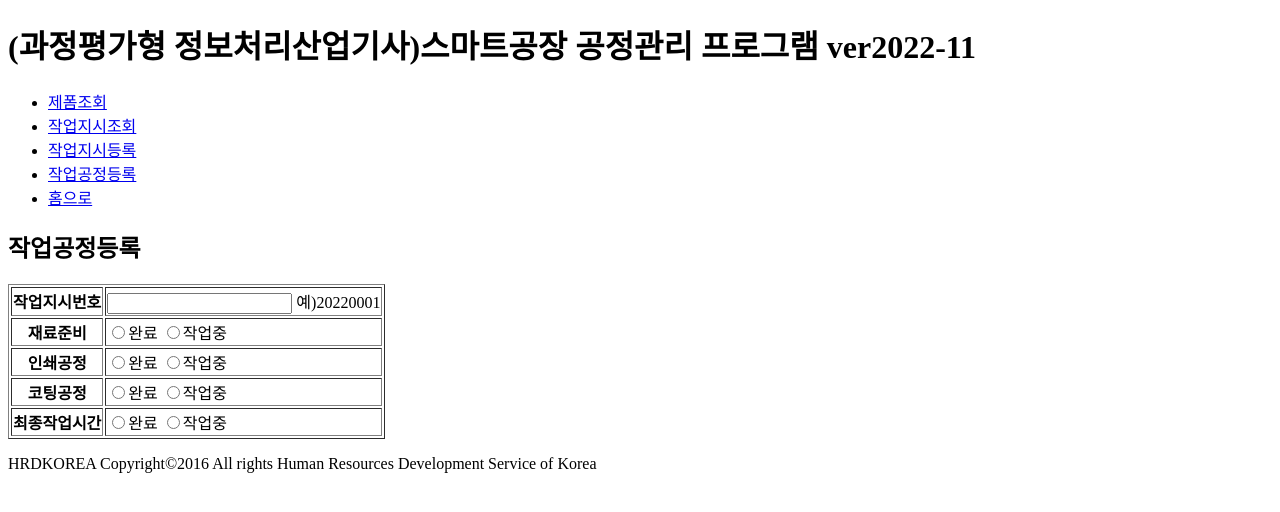
Repository: anakyn01/exam
Page: http://localhost/smart_5/sub3.jsp
These files come from the project's save history. The page is drawn as it stood at one moment and after the next save; the edit follows.
The browser window is 1280 px wide. The pictures show the whole page.
The page is served by Tomcat 9.

Above is the page before, as saved 2025-01-06 07:11:37.

After the next save:
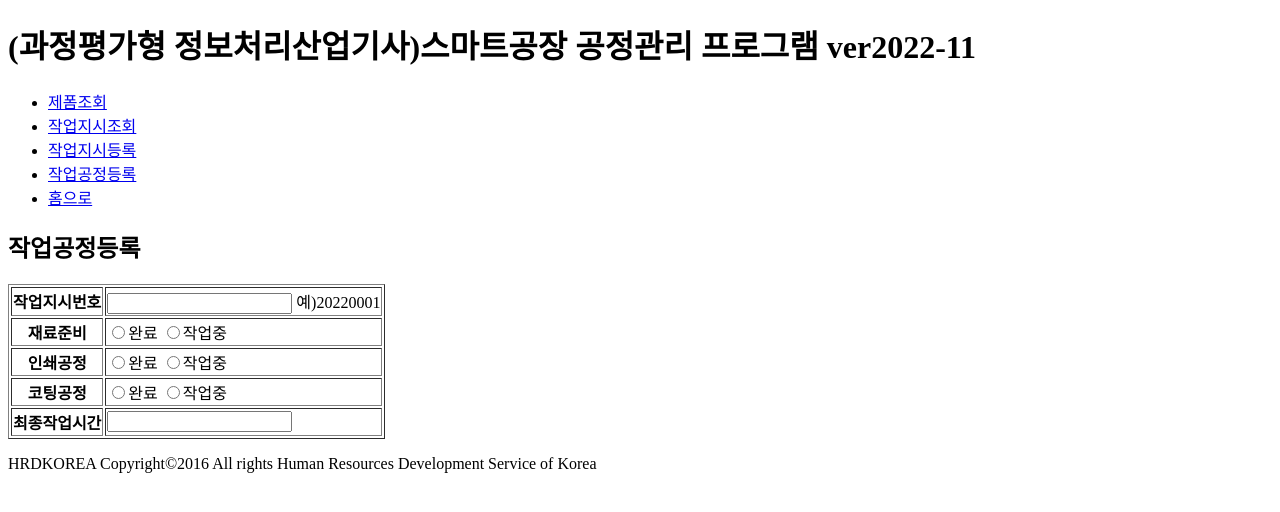
Saved 25 s later.
--- a/smart_5/src/main/webapp/sub3.jsp
+++ b/smart_5/src/main/webapp/sub3.jsp
@@ -36,8 +36,7 @@
 	<tr>
 		<th>최종작업시간</th>
 		<td>
-		<input type="radio" name="p_p3" value="Y">완료
-		<input type="radio" name="p_p3" value="N">작업중
+<input type="text" name="w_lasttime">
 		</td>
 	</tr>
 </table>
